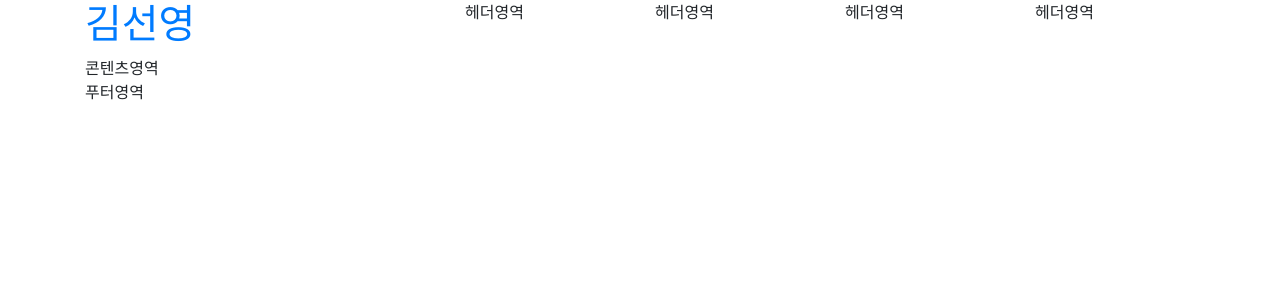
Repository: supremest35/web-projects
Page: http://localhost/noticeboard/
An editor plug-in stored every save of this project. The page is shown before and after the next save, followed by the edit.
The browser window is 1280 px wide. The pictures show the whole page.
The page is served by Tomcat 9. Other server files are loaded and not shown.

Above is the page before, as saved 2020-12-06 02:59:22.

### noticeboard/WebContent/index.jsp
<%@ page language="java" contentType="text/html; charset=UTF-8"
    pageEncoding="UTF-8"%>
<!DOCTYPE html>
<html lang="ko">
<head>
  <title>김선영 홈페이지</title>
  <meta charset="utf-8">
  <meta name="viewport" content="width=device-width, initial-scale=1">
  <link rel="stylesheet" href="https://maxcdn.bootstrapcdn.com/bootstrap/4.5.2/css/bootstrap.min.css">
  <script src="https://ajax.googleapis.com/ajax/libs/jquery/3.5.1/jquery.min.js"></script>
  <script src="https://cdnjs.cloudflare.com/ajax/libs/popper.js/1.16.0/umd/popper.min.js"></script>
  <script src="https://maxcdn.bootstrapcdn.com/bootstrap/4.5.2/js/bootstrap.min.js"></script>
</head>
<body>
<div class="container">
	<div class="row">
		<div class="col-2"><a href="index.jsp"><h1>김선영</h1></a></div>
		<div class="col-2"></div>
		<div class="col-2">헤더영역</div>
		<div class="col-2">헤더영역</div>
		<div class="col-2">헤더영역</div>
		<div class="col-2">헤더영역</div>
	</div>
	<div class="row">
		<div class="col-12">콘텐츠영역</div>
	</div>
	<div class="row">
		<div class="col-12">푸터영역</div>
	</div>
</div>
</body>
</html>

After the next save:
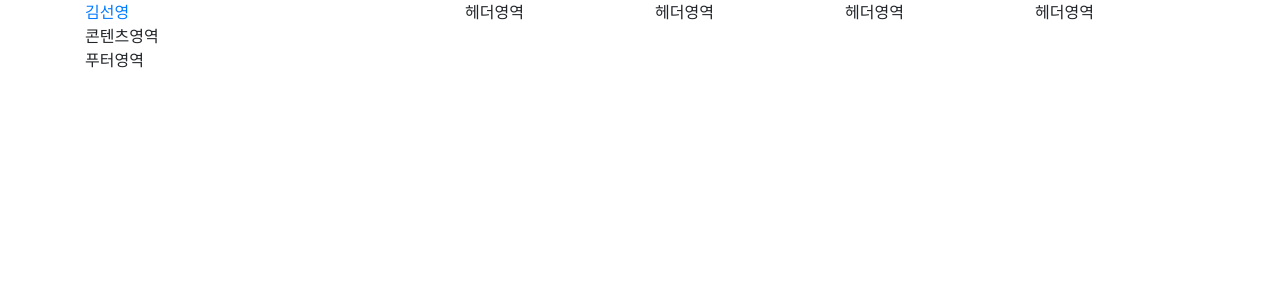
Saved 11 s later.
--- a/noticeboard/WebContent/index.jsp
+++ b/noticeboard/WebContent/index.jsp
@@ -14,7 +14,7 @@
 <body>
 <div class="container">
 	<div class="row">
-		<div class="col-2"><a href="index.jsp"><h1>김선영</h1></a></div>
+		<div class="col-2"><a href="index.jsp">김선영</a></div>
 		<div class="col-2"></div>
 		<div class="col-2">헤더영역</div>
 		<div class="col-2">헤더영역</div>
